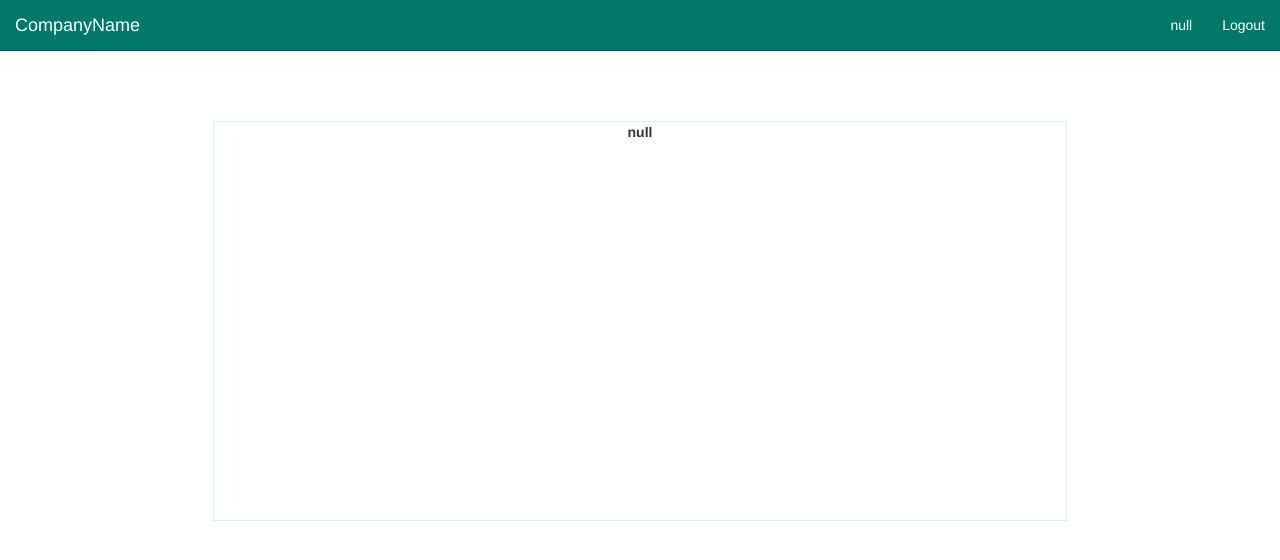
Repository: jayakumar721/projects
Page: http://localhost/TestEngine/result.jsp
The author's editor kept a copy of each file at every save. The page is drawn from the files as they stood at one save, then again after the next save.
The browser window is 1280 px wide. The pictures show the whole page.
Some web libraries are served in a nearby version. The page is served by Tomcat 9.

Above is the page before, as saved 2017-11-28 11:42:37.

After the next save:
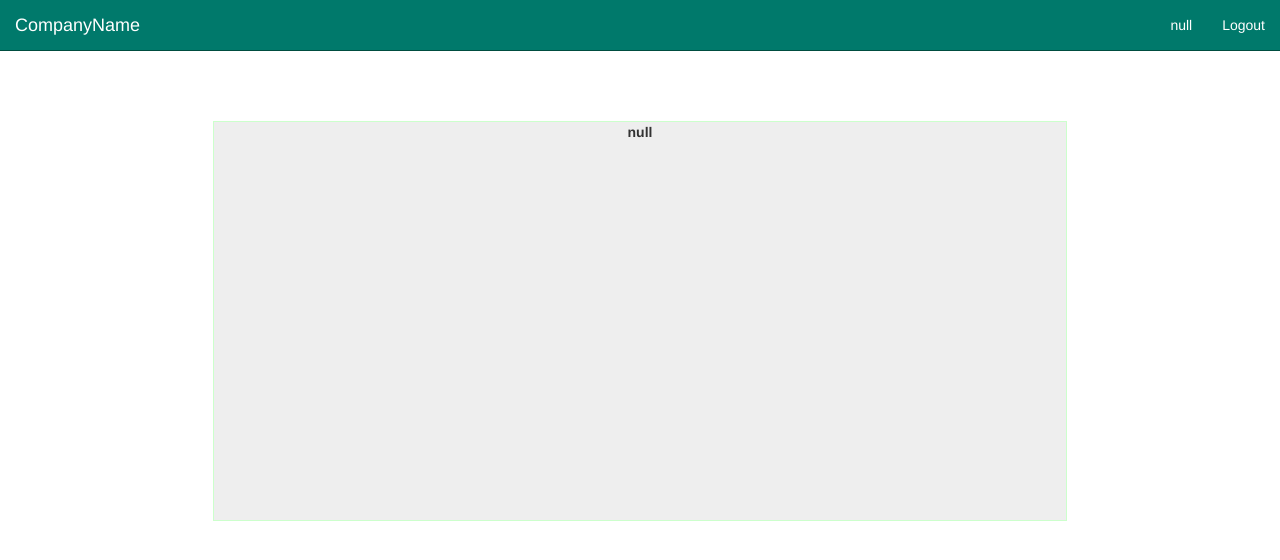
Saved 25 s later.
--- a/TestEngine/WebContent/result.jsp
+++ b/TestEngine/WebContent/result.jsp
@@ -12,6 +12,7 @@ margin-top:50px;
 height:400px;
 width:300px;
 border:1px solid #ccffcc;
+background-color:#eee;
 }
 
 </style>
